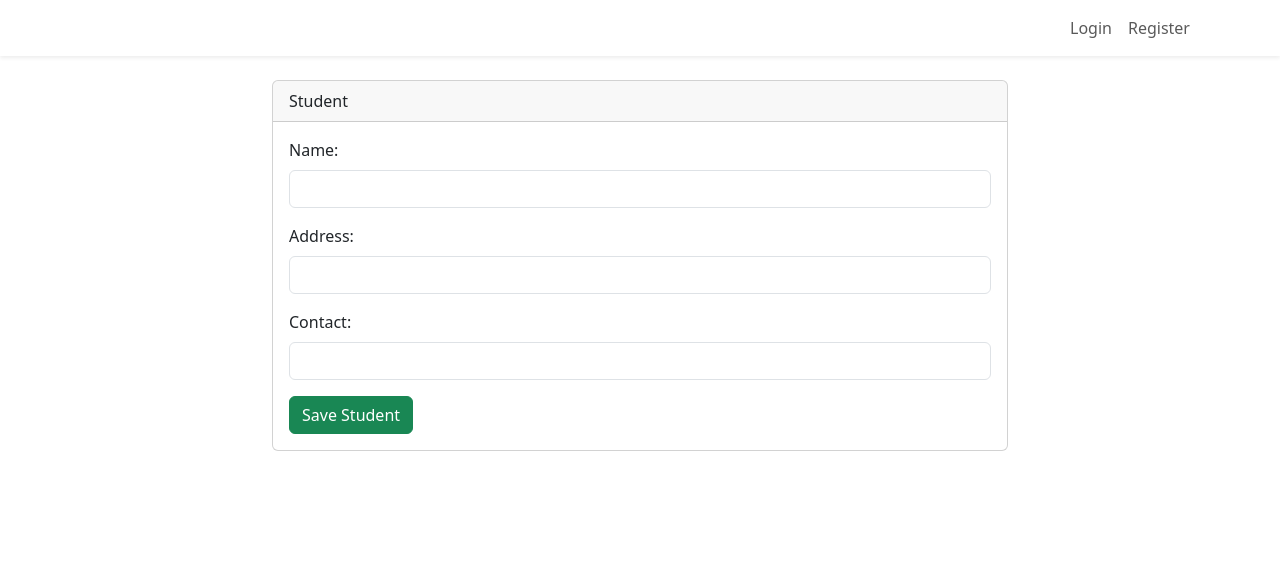
Repository: kunwarganesh07/Example
Page: http://localhost/student/create
The author's editor kept a copy of each file at every save. The page is drawn from the files as they stood at one save, then again after the next save.
The browser window is 1280 px wide. The pictures show the whole page.
The page is served by the project's Laravel application, run on PHP 8.4 with Laravel 12. Other server files are loaded and not shown.

Above is the page before, as saved 2025-11-14 15:17:05.

### routes/web.php
<?php


use App\Http\Controllers\HomeController;
use App\Http\Controllers\StudentController;
use App\Http\Controllers\TeacherController;
use Illuminate\Support\Facades\Auth;
use Illuminate\Support\Facades\Route;

Route::get('/', function () {
    return view('welcome');
});

Auth::routes();

Route::get('/home', [HomeController::class, 'index'])->name('home');
Route::get('/student', [StudentController::class, 'index'])->name('student.index');
Route::get('/student/create', [StudentController::class, 'create'])->name('student.create');
Route::post('store', [StudentController::class, 'store'])->name('store');
Route::put('update/{id}', [StudentController::class, 'update'])->name('students.update');
Route::delete('delete/{id}', [StudentController::class, 'destroy'])->name('students.delete');



Route::get('student/edit/{id}', [StudentController::class, 'edit'])->name('students.edit');

Route::get('/teachers', [TeacherController::class, 'index'])->name('teachers.index');
Route::get('/teachers/create', [TeacherController::class, 'create'])->name('teachers.create');
Route::post('/teachers/store', [TeacherController::class, 'store'])->name('teachers.store');

### app/Http/Controllers/StudentController.php
<?php

namespace App\Http\Controllers;

use App\Models\Student;
use Illuminate\Http\Request;

class StudentController extends Controller
{
    /**
     * Display a listing of the resource.
     */
    public function index()
    {
        $student = Student::all();
        return view('student.index', compact('student'));
    }

    /**
     * Show the form for creating a new resource.
     */
    public function create()
    {
        return view('student.create');
    }

    /**
     * Store a newly created resource in storage.
     */
    public function store(Request $request)
    {
        $student = new Student();
        $student->name = $request->name;
        $student->contact = $request->contact;
        $student->address = $request->address;
        $student->save();
        return redirect()->route('student.index');
    }

    /**
     * Display the specified resource.
     */
    public function show(string $id)
    {
        //
    }

    /**
     * Show the form for editing the specified resource.
     */
    public function edit(string $id)
    {
        // dd($id);
        $student = Student::findOrfail($id);
        return view('student.edit', compact('student'));
    }

    /**
     * Update the specified resource in storage.
     */
    public function update(Request $request, string $id)
    {
        $data = Student::findOrfail($id);
        $data->name = $request->name;
        $data->address = $request->address;
        $data->contact = $request->contact;
        $data->save();

        return redirect()->route('student.index');
    }

    /**
     * Remove the specified resource from storage.
     */
    public function destroy(string $id)
    {
        $data = Student::findOrfail($id);
        $data->delete();
        return redirect()->route('student.index');
        // dd('DELETE STUDENT');
    }
}

### resources/views/student/create.blade.php
@extends('layouts.app')

@section('content')
    <div class="container">
        <div class="row justify-content-center">
            <div class="col-md-8">
                <div class="card">
                    <div class="card-header">{{ __('Student') }}
                    </div>

                    <div class="card-body">
                        <form action="{{ route('store') }}" method="POST">
                            @csrf
                            <div class="mb-3">
                                <label for="name" class="form-label">Name:</label>
                                <input type="text" name="name" class="form-control" required>
                            </div>

                            <div class="mb-3">
                                <label for="address" class="form-label">Address:</label>
                                <input type="text" name="address" class="form-control" required>
                            </div>

                            <div class="mb-3">
                                <label for="contact" class="form-label">Contact:</label>
                                <input type="text" name="contact" class="form-control" required>
                            </div>

                            <button type="submit" class="btn btn-success">Save Student</button>
                        </form>
                    </div>
                </div>
            </div>
        </div>
    </div>
@endsection

### resources/views/layouts/app.blade.php
<!doctype html>
<html lang="{{ str_replace('_', '-', app()->getLocale()) }}">

<head>
    <meta charset="utf-8">
    <meta name="viewport" content="width=device-width, initial-scale=1">

    <!-- CSRF Token -->
    <meta name="csrf-token" content="{{ csrf_token() }}">

    <title>{{ config('app.name', 'Laravel') }}</title>

    <!-- Fonts -->
    <link rel="dns-prefetch" href="//fonts.bunny.net">
    <link href="https://fonts.bunny.net/css?family=Nunito" rel="stylesheet">

    <link rel="stylesheet" href="https://cdn.jsdelivr.net/npm/bootstrap@5.3.8/dist/css/bootstrap.min.css">
    <script src="https://cdn.jsdelivr.net/npm/bootstrap@5.3.8/dist/js/bootstrap.bundle.min.js"></script>
    <!-- Scripts -->
    {{-- @vite(['resources/sass/app.scss', 'resources/js/app.js']) --}}
</head>

<body>
    <div id="app">
        <nav class="navbar navbar-expand-md navbar-light bg-white shadow-sm">
            <div class="container">
                @auth
                    <a class="navbar-brand" href="{{ url('/') }}">
                        {{ config('app.name', 'Laravel') }}
                    </a>
                    <a class="navbar-brand" href="{{ route('student.index') }}">
                        {{ 'Student' }}
                    </a>
                    <a class="navbar-brand" href="{{ route('teachers.index') }}">
                        {{ 'Teacher' }}
                    </a>
                @endauth
                <button class="navbar-toggler" type="button" data-bs-toggle="collapse"
                    data-bs-target="#navbarSupportedContent" aria-controls="navbarSupportedContent"
                    aria-expanded="false" aria-label="{{ __('Toggle navigation') }}">
                    <span class="navbar-toggler-icon"></span>
                </button>

                <div class="collapse navbar-collapse" id="navbarSupportedContent">
                    <!-- Left Side Of Navbar -->
                    <ul class="navbar-nav me-auto">

                    </ul>

                    <!-- Right Side Of Navbar -->
                    <ul class="navbar-nav ms-auto">
                        <!-- Authentication Links -->
                        @guest
                            @if (Route::has('login'))
                                <li class="nav-item">
                                    <a class="nav-link" href="{{ route('login') }}">{{ __('Login') }}</a>
                                </li>
                            @endif

                            @if (Route::has('register'))
                                <li class="nav-item">
                                    <a class="nav-link" href="{{ route('register') }}">{{ __('Register') }}</a>
                                </li>
                            @endif
                        @else
                            <li class="nav-item dropdown">
                                <a id="navbarDropdown" class="nav-link dropdown-toggle" href="#" role="button"
                                    data-bs-toggle="dropdown" aria-haspopup="true" aria-expanded="false" v-pre>
                                    {{ Auth::user()->name }}
                                </a>

                                <div class="dropdown-menu dropdown-menu-end" aria-labelledby="navbarDropdown">
                                    <a class="dropdown-item" href="{{ route('logout') }}"
                                        onclick="event.preventDefault();
                                                     document.getElementById('logout-form').submit();">
                                        {{ __('Logout') }}
                                    </a>

                                    <form id="logout-form" action="{{ route('logout') }}" method="POST" class="d-none">
                                        @csrf
                                    </form>
                                </div>
                            </li>
                        @endguest
                    </ul>
                </div>
            </div>
        </nav>

        <main class="py-4">
            @yield('content')
        </main>
    </div>
</body>

</html>

Loaded but not shown: app/Http/Controllers/Auth/ConfirmPasswordController.php (common file); app/Http/Controllers/Controller.php (common file)

After the next save:
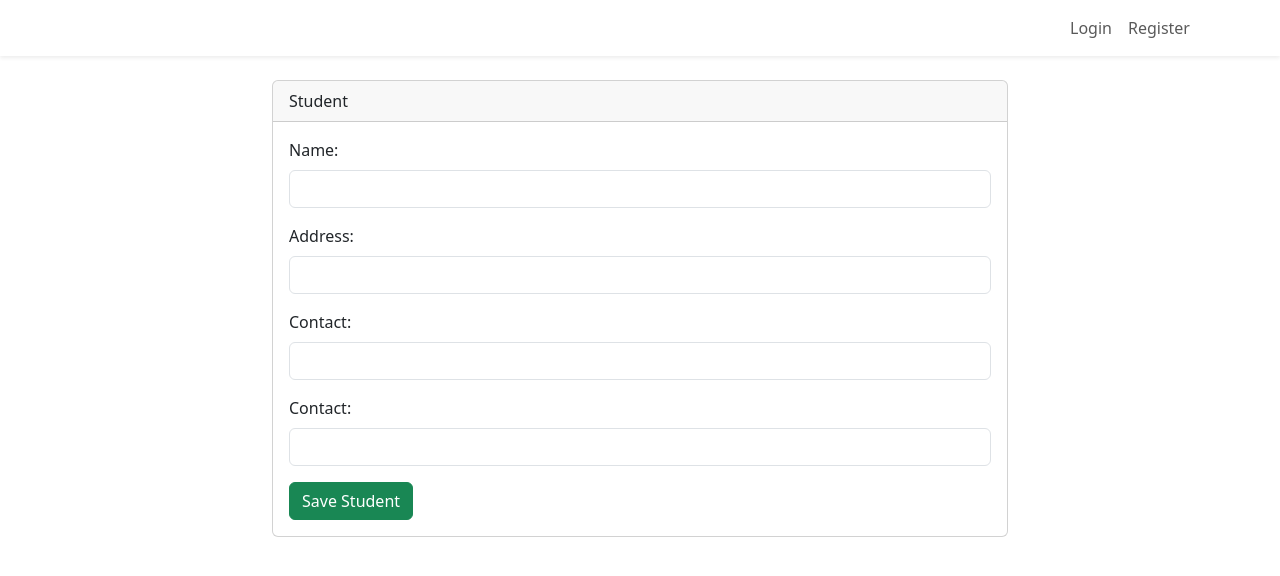
Saved 47 h 6 min later.
--- a/resources/views/student/create.blade.php
+++ b/resources/views/student/create.blade.php
@@ -25,6 +25,10 @@
                                 <label for="contact" class="form-label">Contact:</label>
                                 <input type="text" name="contact" class="form-control" required>
                             </div>
+                            <div class="mb-3">
+                                <label for="contact" class="form-label">Contact:</label>
+                                <input type="text" name="contact" class="form-control" required>
+                            </div>
 
                             <button type="submit" class="btn btn-success">Save Student</button>
                         </form>
